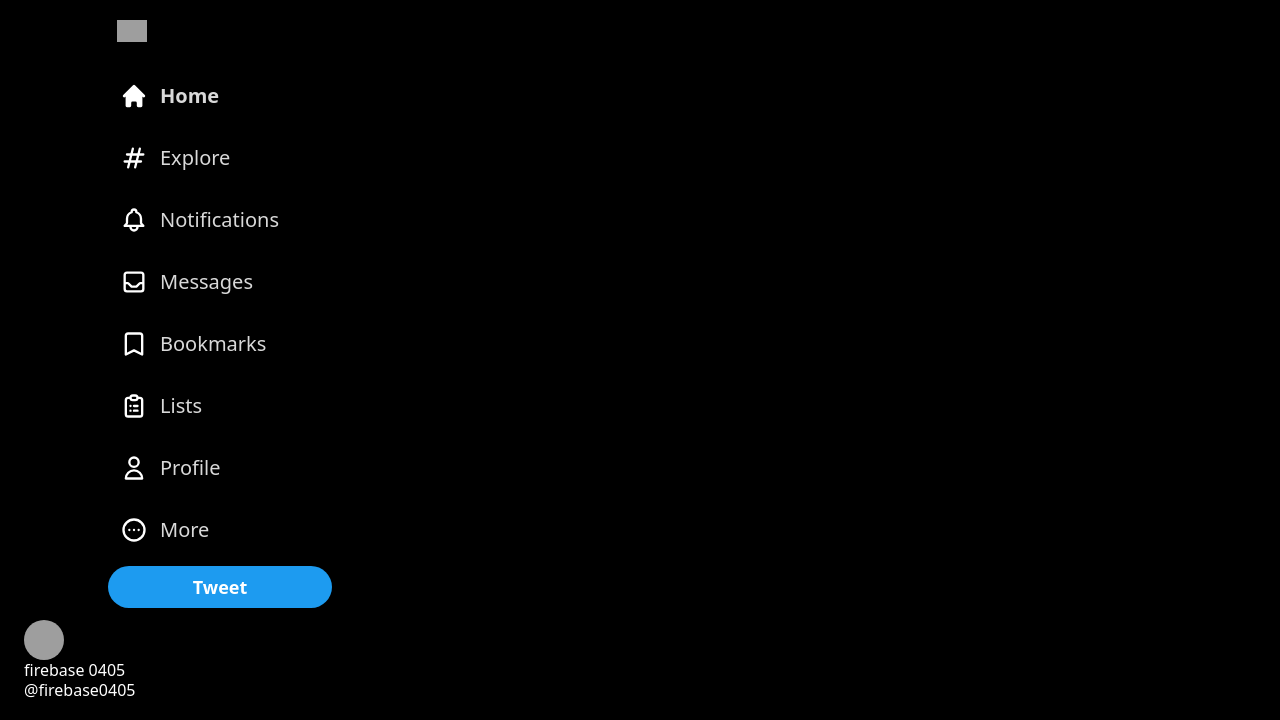
Repository: Kotilasco/kuly-twitter
Page: /
An editor plug-in stored every save of this project. The page is shown before and after the next save, followed by the edit.
The browser window is 1280 px wide. The pictures show the whole page.
Pictures or frames that could not be fetched are drawn as grey boxes. The project was rebuilt for these pictures with package versions that can differ from the ones it lists, and the page was loaded fresh each time. The framework's server and built-in components were replaced by stand-ins that run in the browser. Also part of the build but not shown: next.config.js.

Above is the page before, as saved 2022-06-12 02:03:49.

After the next save:
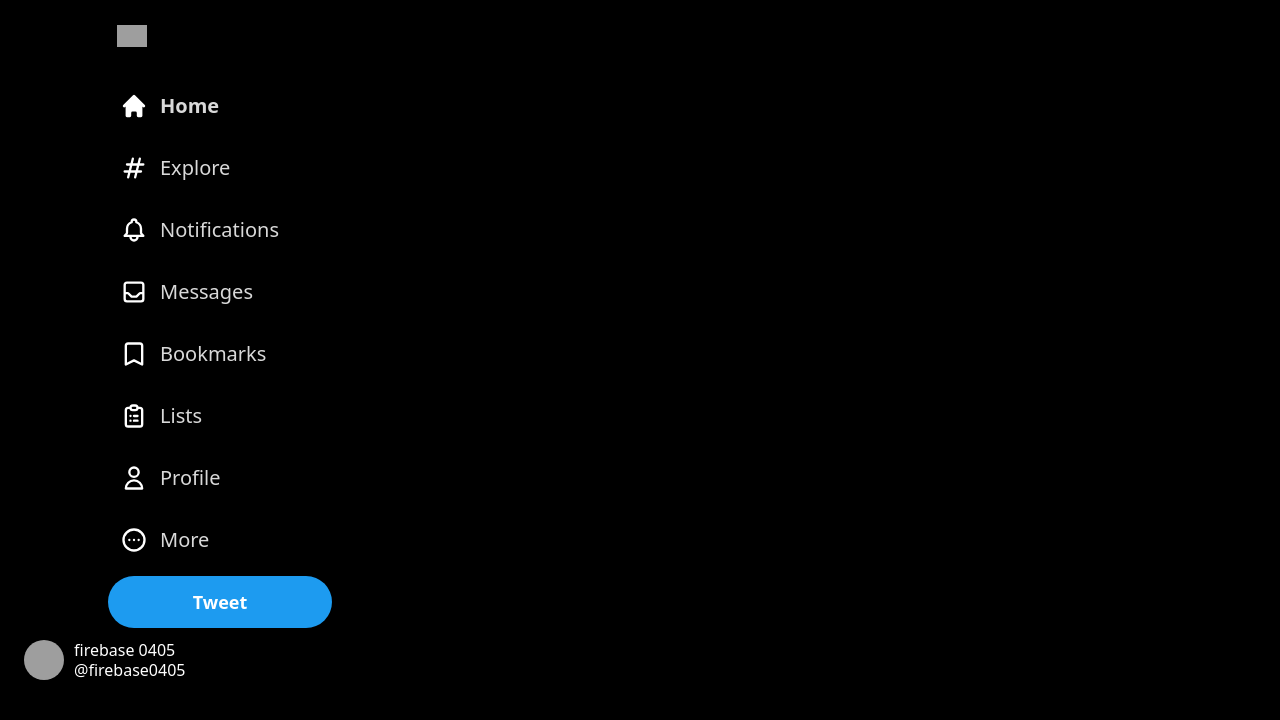
Saved 19 s later.
--- a/components/Sidebar.js
+++ b/components/Sidebar.js
@@ -37,7 +37,7 @@
 
         </div>
         <button className="hidden xl:inline ml-auto bg-[#1d9bf0] text-white rounded-full w-56 h-[52px] text-lg font-bold shadow-md hover:bg-[#1a8cd8]">Tweet</button>
-        <div className="hoverAnimation">
+        <div className="hoverAnimation flex">
         <img src="https://www.gstatic.com/mobilesdk/160503_mobilesdk/logo/2x/firebase_28dp.png" alt=""
         className="h-10 w-10 rounded-full xl:mr-2.5 " />
         <div className="hidden xl:inline leading-5 text-white">
